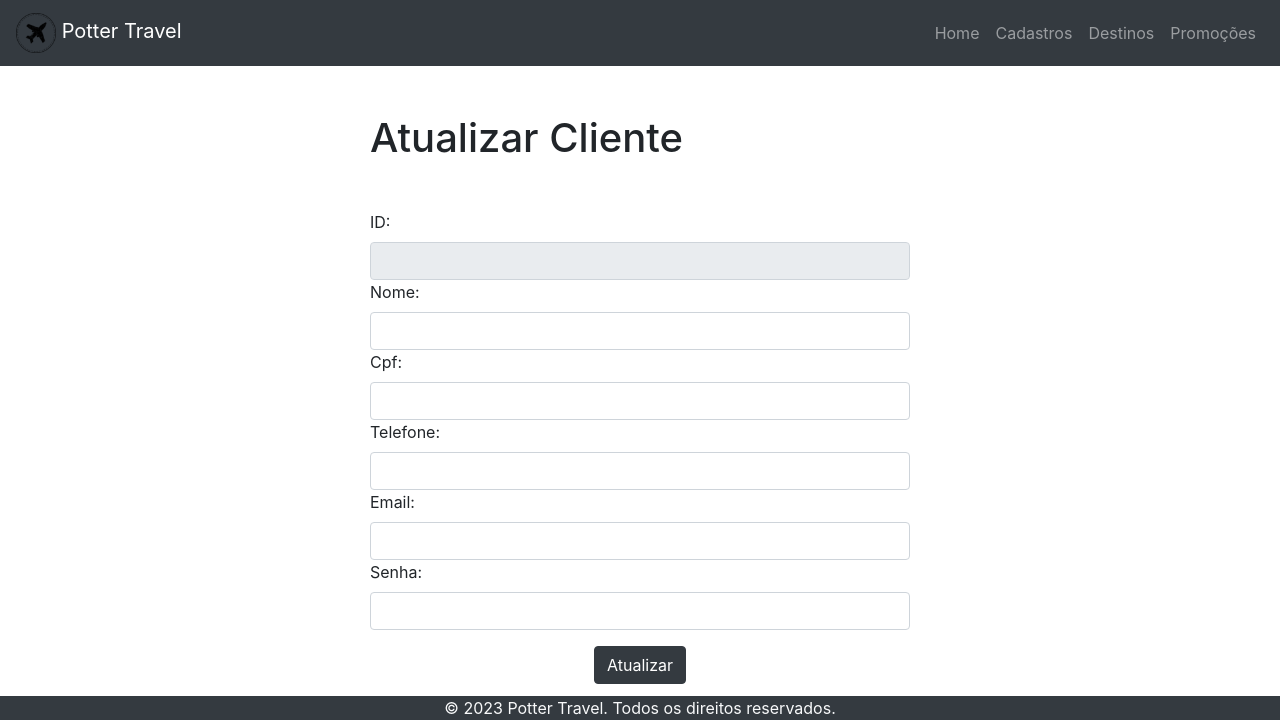
Repository: marcelledssantos/PotterTravel-MVC
Page: http://localhost/PotterTravel-MVC/atualizar.jsp
An editor plug-in stored every save of this project. The page is shown before and after the next save, followed by the edit.
The browser window is 1280 px wide. The pictures show the whole page.
Some web libraries are served in a nearby version. The page is served by Tomcat 9. The template is opened directly, without the code that normally fills it, so the values that code supplies are empty.

Above is the page before, as saved 2023-11-03 00:45:28.

After the next save:
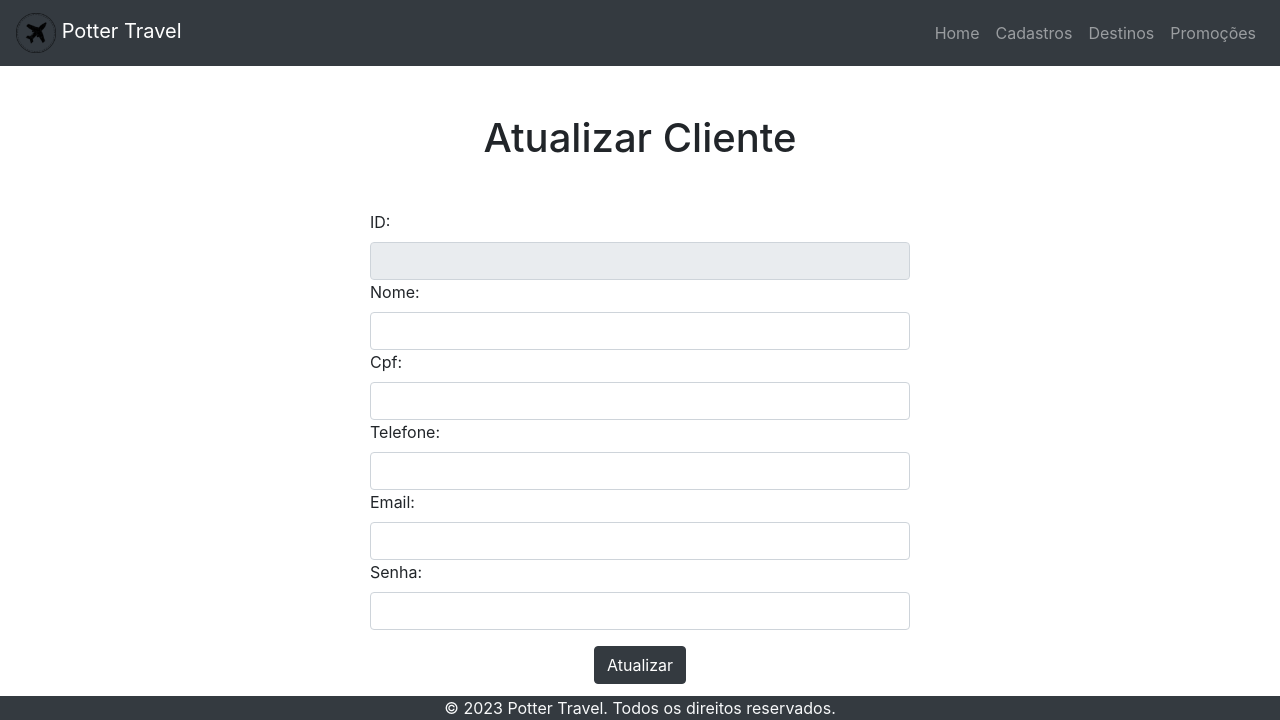
Saved 24 s later.
--- a/PotterTravel-MVC/src/main/webapp/atualizar.jsp
+++ b/PotterTravel-MVC/src/main/webapp/atualizar.jsp
@@ -38,7 +38,7 @@
 	<div class="container">
 		<div class="row justify-content-center">
 			<div class="col-md-6">
-				<h1 class="mt-5" >Atualizar Cliente</h1>
+				<h1 class="mt-5 text-center" >Atualizar Cliente</h1>
 				<form class="mt-5" action="UpdateController" method="post">
 
 					<div class="form-group">
